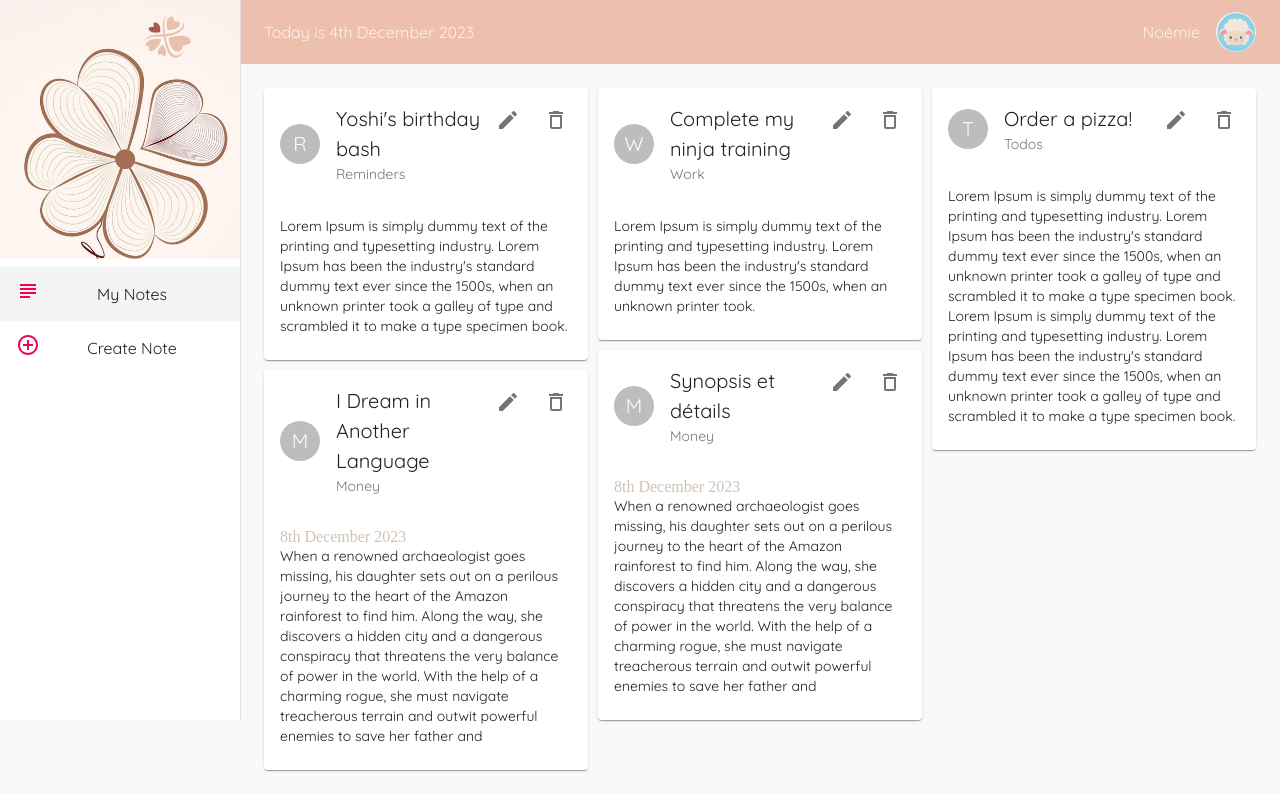
Repository: noemiepham/noemieblognote
Page: /
The author's editor kept a copy of each file at every save. The page is drawn from the files as they stood at one save, then again after the next save.
The browser window is 1280 px wide. The pictures show the whole page.
The project was rebuilt for these pictures with package versions that can differ from the ones it lists, and the page was loaded fresh each time. Requests to the local data server were answered from the project's data file. Also part of the build but not shown: src/pages/Create.js.

Above is the page before, as saved 2023-12-08 16:35:26.

After the next save:
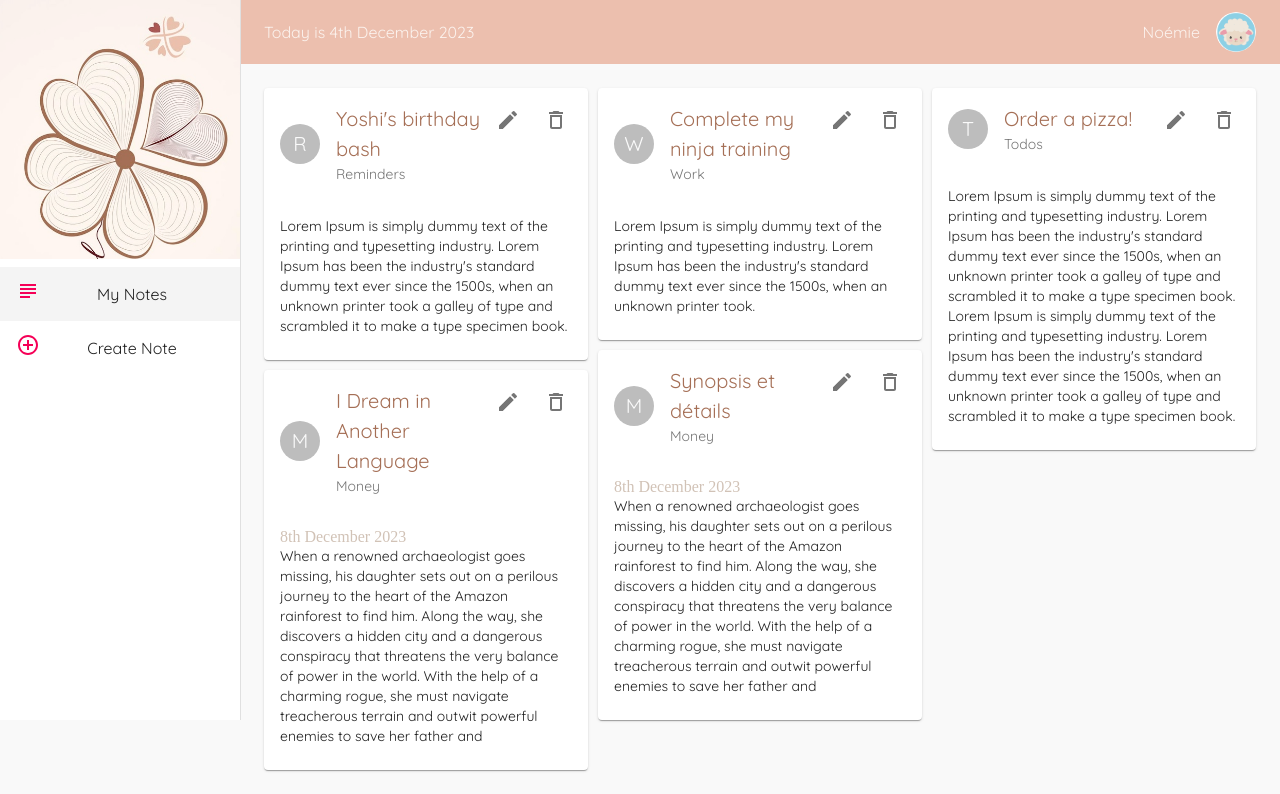
Saved 30 s later.
--- a/src/components/NoteCard.js
+++ b/src/components/NoteCard.js
@@ -15,7 +15,7 @@ const useStyles = makeStyles({
   title: {
     fontSize: 20,
     fontWeight: 500,
-    color: "",
+    color: "#a56f56 ",
   },
   avatar: {
     backgroundColor: (note) => {
